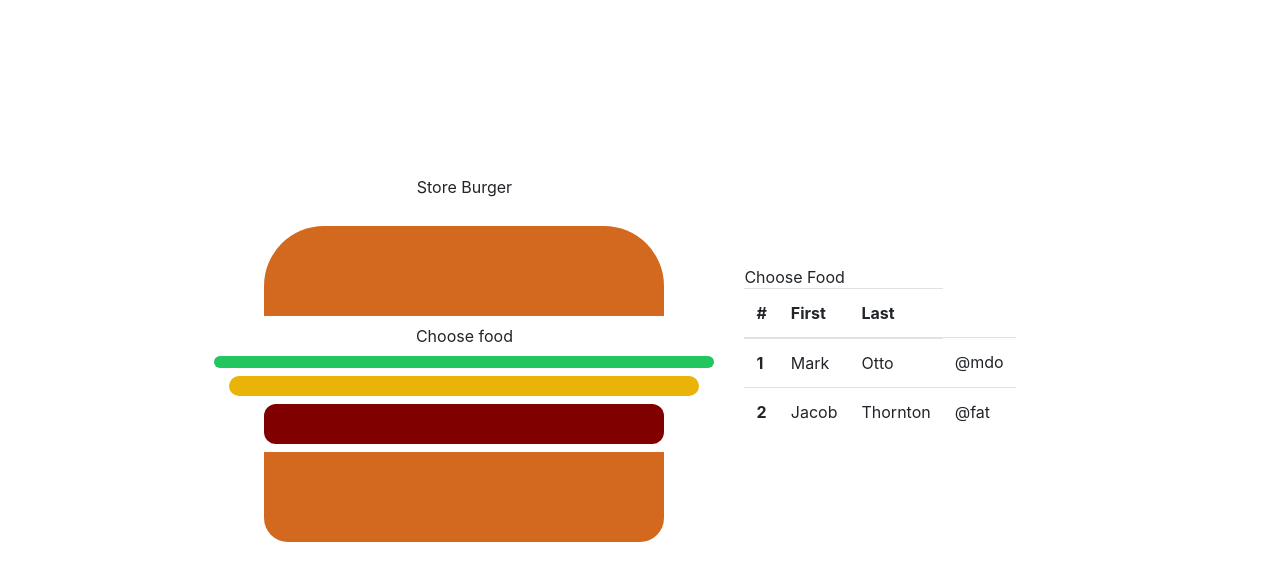
Repository: baobaodeveloper/bootcamp21_HuynhAnhBao_Burger
Page: /
These files come from the project's save history. The page is drawn as it stood at one moment and after the next save; the edit follows.
The browser window is 1280 px wide. The pictures show the whole page.
The project was rebuilt for these pictures with package versions that can differ from the ones it lists, and the page was loaded fresh each time. Also part of the build but not shown: vite.config.js.

Above is the page before, as saved 2022-05-15 17:09:36.

### index.html
<!DOCTYPE html>
<html lang="en">
  <head>
    <title>Title</title>
    <!-- Required meta tags -->
    <meta charset="utf-8" />
    <meta
      name="viewport"
      content="width=device-width, initial-scale=1, shrink-to-fit=no"
    />

    <!-- Bootstrap CSS -->
    <link
      rel="stylesheet"
      href="https://stackpath.bootstrapcdn.com/bootstrap/4.3.1/css/bootstrap.min.css"
      integrity="sha384-ggOyR0iXCbMQv3Xipma34MD+dH/1fQ784/j6cY/iJTQUOhcWr7x9JvoRxT2MZw1T"
      crossorigin="anonymous"
    />
  </head>
  <body>
    <div id="root"></div>
    <!-- Optional JavaScript -->
    <!-- jQuery first, then Popper.js, then Bootstrap JS -->
    <script
      src="https://code.jquery.com/jquery-3.3.1.slim.min.js"
      integrity="sha384-q8i/X+965DzO0rT7abK41JStQIAqVgRVzpbzo5smXKp4YfRvH+8abtTE1Pi6jizo"
      crossorigin="anonymous"
    ></script>
    <script
      src="https://cdnjs.cloudflare.com/ajax/libs/popper.js/1.14.7/umd/popper.min.js"
      integrity="sha384-UO2eT0CpHqdSJQ6hJty5KVphtPhzWj9WO1clHTMGa3JDZwrnQq4sF86dIHNDz0W1"
      crossorigin="anonymous"
    ></script>
    <script
      src="https://stackpath.bootstrapcdn.com/bootstrap/4.3.1/js/bootstrap.min.js"
      integrity="sha384-JjSmVgyd0p3pXB1rRibZUAYoIIy6OrQ6VrjIEaFf/nJGzIxFDsf4x0xIM+B07jRM"
      crossorigin="anonymous"
    ></script>

    <script type="module" src="/src/main.jsx"></script>
  </body>
</html>

### src/App.jsx
import Burger from "./components/Burger";

function App() {
  return <Burger></Burger>;
}

export default App;

### src/components/Burger.jsx
import React from "react";

export default function Burger() {
  return (
    <div>
      <div className="flex items-center gap-x-20  w-screen h-screen mx-auto justify-center">
        <div className="flex flex-col justify-center items-center gap-y-2 w-[400px]">
          <h2 className="mb-20">Store Burger</h2>
          <div className="bg-[#D2691E] w-full h-[30px] relative">
            <div className="bg-[#D2691E] w-full h-[60px] absolute top-0 left-0 -translate-y-[60px] rounded-tl-full rounded-tr-full"></div>
          </div>
          <p>Choose food</p>
          {/* loop here */}
          <div className="h-3 bg-green-500 w-[500px] rounded-full"></div>
          <div className="h-5 bg-yellow-500 w-[470px] rounded-full"></div>
          <div className="h-10 bg-[#800000] w-[400px] rounded-xl"></div>

          <div className="w-full bg-[#D2691E] h-[90px] rounded-br-3xl rounded-bl-3xl"></div>
        </div>

        <div className="">
          <h2>Choose Food</h2>
          <table class="table">
            <thead>
              <tr>
                <th scope="col">#</th>
                <th scope="col">First</th>
                <th scope="col">Last</th>
              </tr>
            </thead>
            <tbody>
              <tr>
                <th scope="row">1</th>
                <td>Mark</td>
                <td>Otto</td>
                <td>@mdo</td>
              </tr>
              <tr>
                <th scope="row">2</th>
                <td>Jacob</td>
                <td>Thornton</td>
                <td>@fat</td>
              </tr>
            </tbody>
          </table>
        </div>
      </div>
    </div>
  );
}

Loaded but not shown: src/main.jsx (common file); src/index.scss (common file); tailwind.config.js (common file)

After the next save:
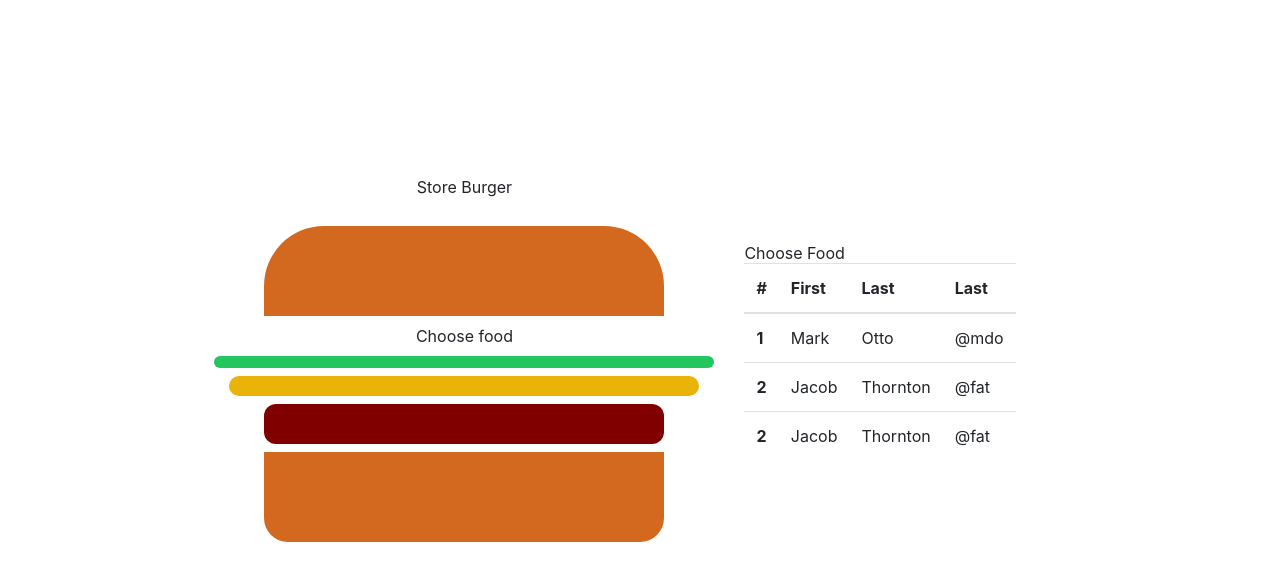
Saved 13 s later.
--- a/src/components/Burger.jsx
+++ b/src/components/Burger.jsx
@@ -26,6 +26,7 @@ export default function Burger() {
                 <th scope="col">#</th>
                 <th scope="col">First</th>
                 <th scope="col">Last</th>
+                <th scope="col">Last</th>
               </tr>
             </thead>
             <tbody>
@@ -41,6 +42,12 @@ export default function Burger() {
                 <td>Thornton</td>
                 <td>@fat</td>
               </tr>
+              <tr>
+                <th scope="row">2</th>
+                <td>Jacob</td>
+                <td>Thornton</td>
+                <td>@fat</td>
+              </tr>
             </tbody>
           </table>
         </div>
